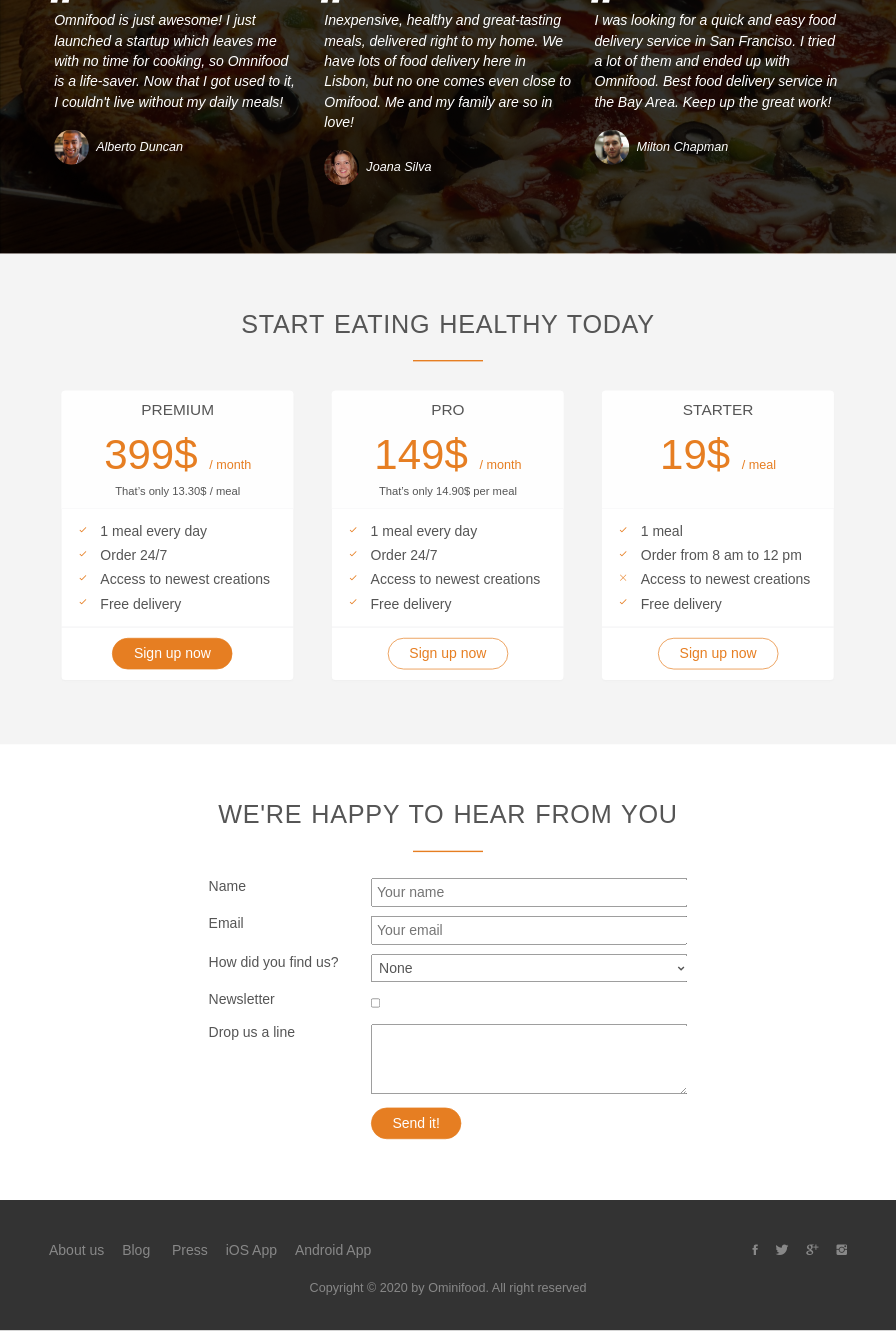
Repository: pboi18/E-Foods
Page: index.html
The author's editor kept a copy of each file at every save. The page is drawn from the files as they stood at one save, then again after the next save.
The browser window is 1280 px wide. The pictures show the part of the page from y = 3515 to 5435 px (the page is 5416 px tall before and 5435 px after), at 70% of full size.
Backgrounds fixed to the window are drawn as part of the page.

Above is the page before, as saved 2020-07-14 00:22:19.

After the next save:
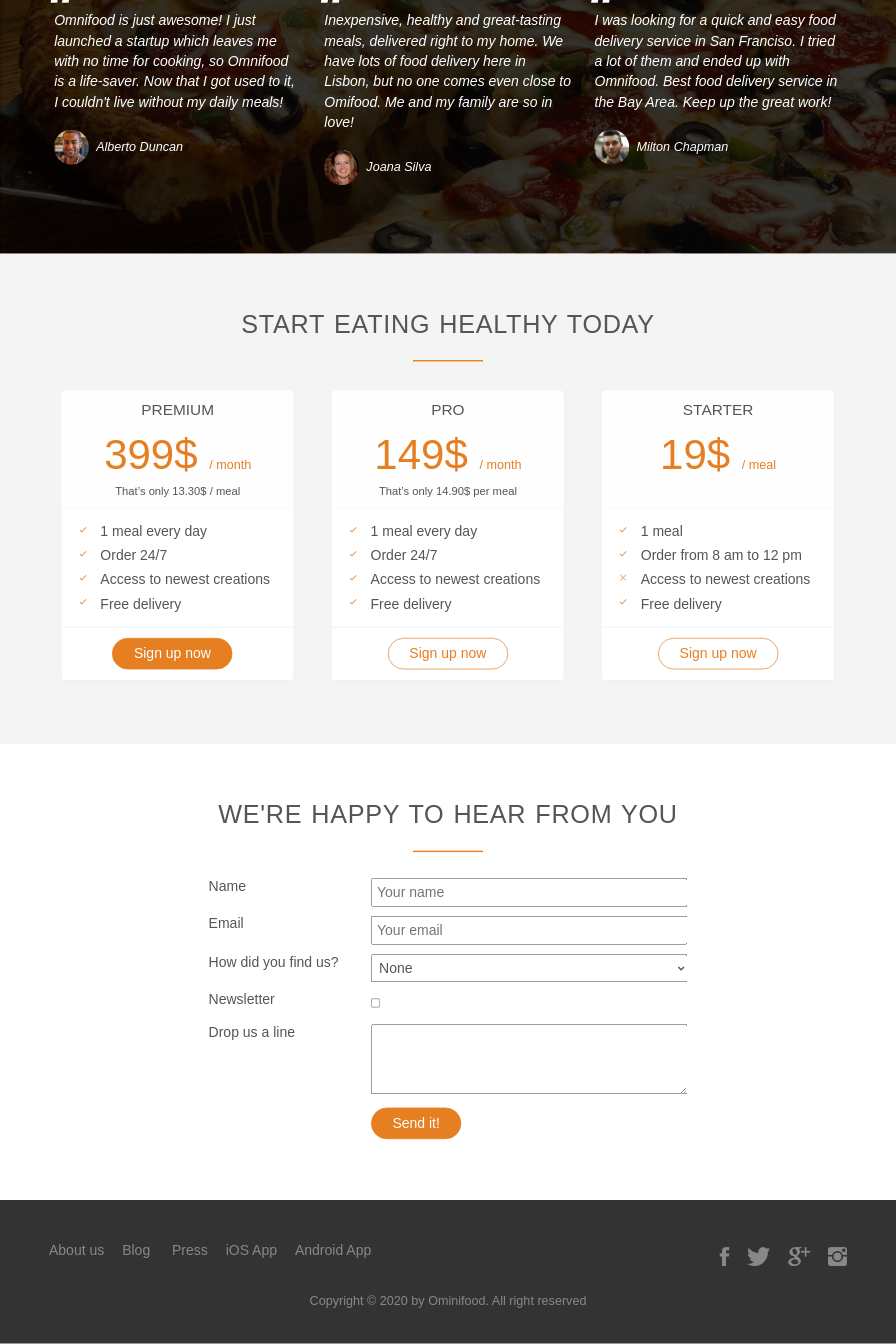
Saved 108 s later.
--- a/resources/css/style.css
+++ b/resources/css/style.css
@@ -554,9 +554,9 @@ footer {
     color: #ddd;
 }
 
-.social-links li a:hover,
-.social-links li a:active {
-
+.social-links li a:link,
+.social-links li a:visited {
+    font-size: 180%;
 }
 
 footer p {
